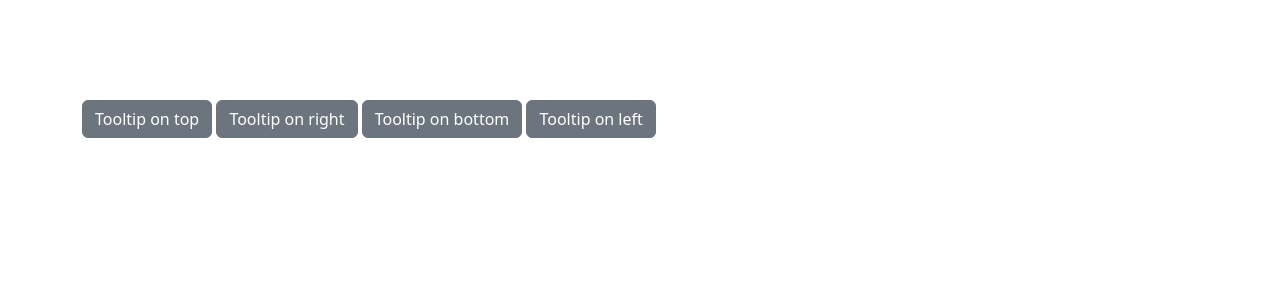
Repository: lemoueno/programme_dev_fullstack
Page: FRONTEND/BOOTSTRAP/composants/tooltips.html
These files come from the project's save history. The page is drawn as it stood at one moment and after the next save; the edit follows.
The browser window is 1280 px wide. The pictures show the whole page.

Above is the page before, as saved 2023-12-05 01:10:44.

### FRONTEND/BOOTSTRAP/composants/tooltips.html
<html lang="en">
<head>
    <meta charset="UTF-8">
    <meta name="viewport" content="width=device-width, initial-scale=1.0">
    <link href="https://cdn.jsdelivr.net/npm/bootstrap@5.3.2/dist/css/bootstrap.min.css" rel="stylesheet" integrity="sha384-T3c6CoIi6uLrA9TneNEoa7RxnatzjcDSCmG1MXxSR1GAsXEV/Dwwykc2MPK8M2HN" crossorigin="anonymous">
    <script src="https://cdn.jsdelivr.net/npm/bootstrap@5.3.2/dist/js/bootstrap.bundle.min.js" integrity="sha384-C6RzsynM9kWDrMNeT87bh95OGNyZPhcTNXj1NW7RuBCsyN/o0jlpcV8Qyq46cDfL" crossorigin="anonymous"></script>
    <link rel="stylesheet" href="https://cdn.jsdelivr.net/npm/bootstrap-icons@1.11.2/font/bootstrap-icons.min.css">

    <title>Document</title>
</head>
<body>
    <div class="container" style="margin-top: 100px;">
        <button type="button" class="btn btn-secondary" data-bs-toggle="tooltip" data-bs-placement="top" data-bs-title="Tooltip on top">
            Tooltip on top
          </button>
          <button type="button" class="btn btn-secondary" data-bs-toggle="tooltip" data-bs-placement="right" data-bs-title="Tooltip on right">
            Tooltip on right
          </button>
          <button type="button" class="btn btn-secondary" data-bs-toggle="tooltip" data-bs-placement="bottom" data-bs-title="Tooltip on bottom">
            Tooltip on bottom
          </button>
          <button type="button" class="btn btn-secondary" data-bs-toggle="tooltip" data-bs-placement="left" data-bs-title="Tooltip on left">
            Tooltip on left
          </button>
    </div>
    <script>src="script_tooltips.js"</script>
</body>
</html>

After the next save:
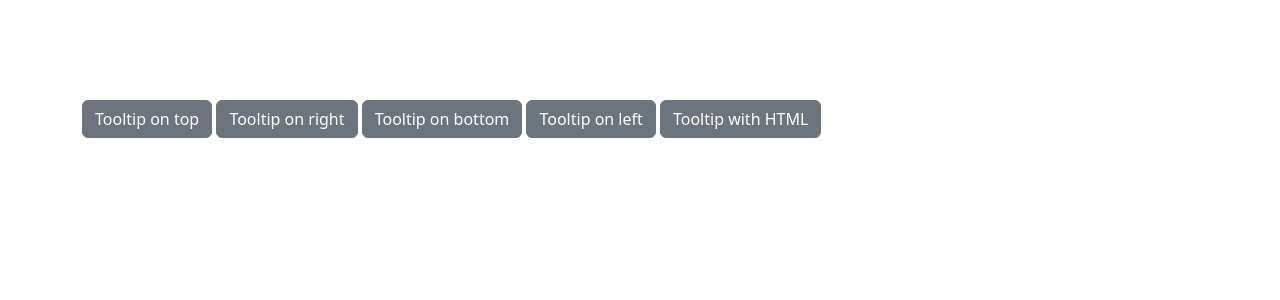
Saved 9 min 53 s later.
--- a/FRONTEND/BOOTSTRAP/composants/tooltips.html
+++ b/FRONTEND/BOOTSTRAP/composants/tooltips.html
@@ -22,6 +22,9 @@
           <button type="button" class="btn btn-secondary" data-bs-toggle="tooltip" data-bs-placement="left" data-bs-title="Tooltip on left">
             Tooltip on left
           </button>
+          <button type="button" class="btn btn-secondary" data-bs-toggle="tooltip" data-bs-html="true" data-bs-title="<em>Tooltip</em> <u>with</u> <b>HTML</b>">
+            Tooltip with HTML
+          </button>
     </div>
     <script>src="script_tooltips.js"</script>
 </body>
